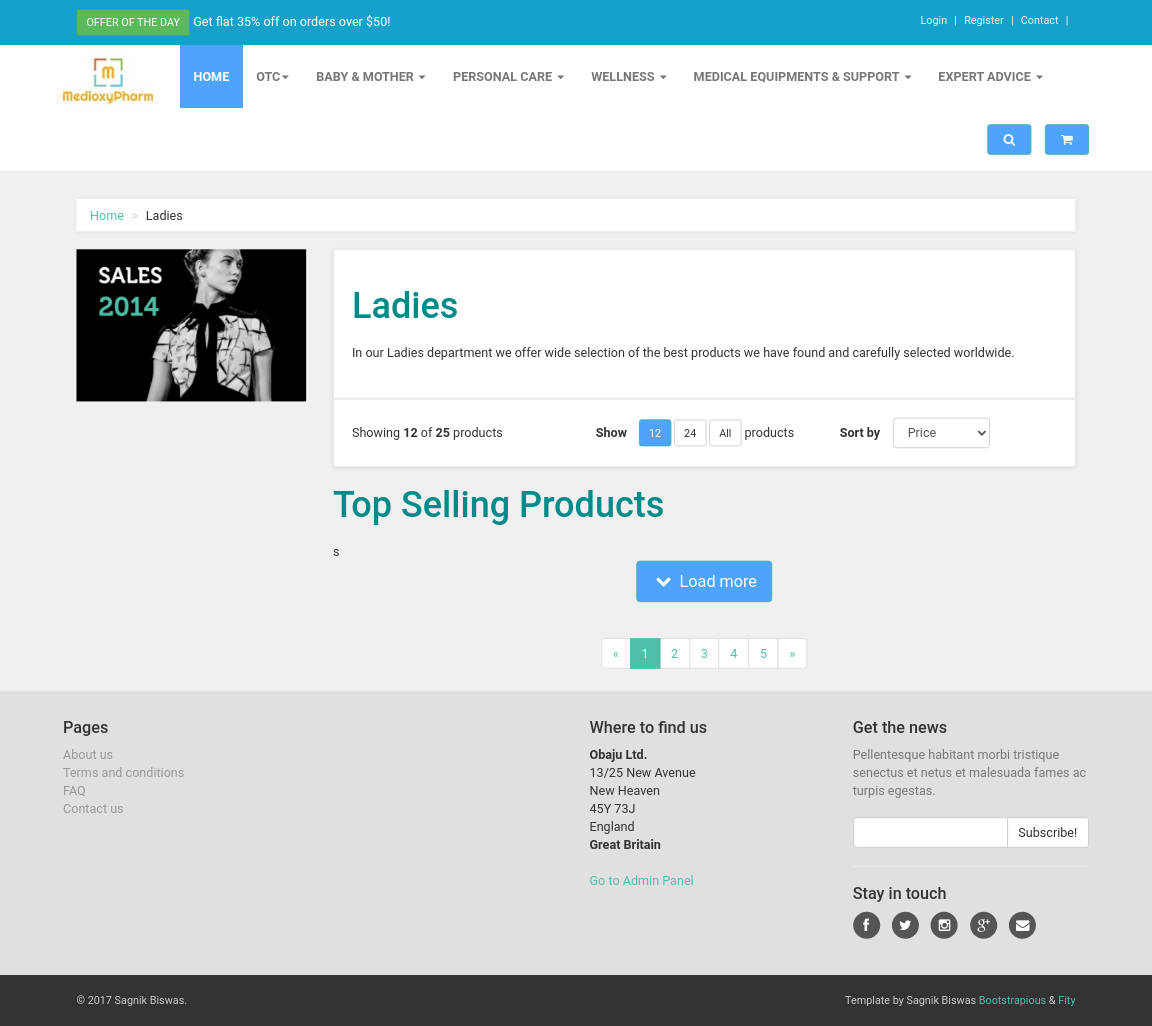
Repository: Sagnikb9/Java-Devops-Ecommerce
Page: http://localhost/MedioxyPharm/WEB-INF/views/product.jsp
An editor plug-in stored every save of this project. The page is shown before and after the next save, followed by the edit.
The browser window is 1280 px wide. The pictures show the whole page, at 90% of full size.
Some web fonts or font styles are not loaded; a fallback is used. The page is served by Tomcat 9. Nobody is signed in. Other server files are loaded and not shown. The template is opened directly, without the code that normally fills it, so the values that code supplies are empty.

Above is the page before, as saved 2017-11-17 23:22:19.

### MedioxyPharm/src/main/webapp/WEB-INF/views/product.jsp
<%@ taglib prefix = "c" uri = "http://java.sun.com/jsp/jstl/core" %>
<jsp:include page="headerContext.jsp"></jsp:include>
<%@ page import="com.*" %>
    <div id="all">

        <div id="content">
            <div class="container">

                <div class="col-md-12">
                    <ul class="breadcrumb">
                        <li><a href="#">Home</a>
                        </li>
                        <li>Ladies</li>
                    </ul>
                </div>

                <div class="col-md-3">

<style>
 .img-responsive1{
    display: block;
    width: 100% \9;
    max-width: 100%;
    height: 200px;
}



</style>


                    <div class="banner">
                        <a href="#">
                            <img src="img/banner.jpg" alt="sales 2014" class="img-responsive">
                        </a>
                    </div>
                </div>

                <div class="col-md-9">
                    <div class="box">
                        <h1>Ladies</h1>
                        <p>In our Ladies department we offer wide selection of the best products we have found and carefully selected worldwide.</p>
                    </div>

                    <div class="box info-bar">
                        <div class="row">
                            <div class="col-sm-12 col-md-4 products-showing">
                                Showing <strong>12</strong> of <strong>25</strong> products
                            </div>

                            <div class="col-sm-12 col-md-8  products-number-sort">
                                <div class="row">
                                    <form class="form-inline">
                                        <div class="col-md-6 col-sm-6">
                                            <div class="products-number">
                                                <strong>Show</strong>  <a href="#" class="btn btn-default btn-sm btn-primary">12</a>  <a href="#" class="btn btn-default btn-sm">24</a>  <a href="#" class="btn btn-default btn-sm">All</a> products
                                            </div>
                                        </div>
                                        <div class="col-md-6 col-sm-6">
                                            <div class="products-sort-by">
                                                <strong>Sort by</strong>
                                                <select name="sort-by" class="form-control">
                                                    <option>Price</option>
                                                    <option>Name</option>
                                                    <option>Sales first</option>
                                                </select>
                                            </div>
                                        </div>
                                    </form>
                                </div>
                            </div>
                        </div>
                    </div>

                    <div class="row products">
<c:forEach items="${productList}" var="product">
                        <div class="col-md-4 col-sm-6">
                            <div class="product">
                                <div class="flip-container">
                                    <div class="flipper">
                                        <div class="">
                                            <a href="<c:url value="details/${product.proId}"/>">
                                                <img src="assets/img/${product.proId}.jpg" alt="" class="img-responsive1">
                                            </a>
                                        </div>

                                    </div>
                                </div>

                                <div class="text">
                                                <h3><a href="<c:url value="details/${product.proId}"/>"><span style="color:#30d4ff">${product.proName}</span></a></h3>
                                                <p class="price"><span style="color:#ff3048">${product.proPrice}</span></p>
                                            </div>
                                <!-- /.text -->
                            </div>
                            <!-- /.product -->
                        </div>

</c:forEach>
                        <!-- /.col-md-4 -->
                    </div>
                    <!-- /.products -->


<h1>Top Selling Products</h1>

<div class="product-slider">
                    <c:forEach items="${productList}" var="product">
                        <div class="item">
                            <div class="product">
                                <div class="flip-container">
                                    <div class="flipper">
                                        <div class="">
                                            <a href="<c:url value="details/${product.proId}"/>">
                                                <img src="assets/img/${product.proId}.jpg" alt="" class="img-responsive1">
                                            </a>
                                            <div class="text">
                                                <h3><a href="<c:url value="details/${product.proId}"/>"><span style="color:#30d4ff">${product.proName}</span></a></h3>
                                                <p class="price"><span style="color:#ff3048">${product.proPrice}</span></p>
                                            </div>
                                        </div>

                                    </div>
                                </div>


                                <!-- /.text -->
                            </div>
                            <!-- /.product -->
                        </div>
                        </c:forEach>
                    </div>             s
                    <div class="pages">

                        <p class="loadMore">
                            <a href="#" class="btn btn-primary btn-lg"><i class="fa fa-chevron-down"></i> Load more</a>
                        </p>

                        <ul class="pagination">
                            <li><a href="#">&laquo;</a>
                            </li>
                            <li class="active"><a href="#">1</a>
                            </li>
                            <li><a href="#">2</a>
                            </li>
                            <li><a href="#">3</a>
                            </li>
                            <li><a href="#">4</a>
                            </li>
                            <li><a href="#">5</a>
                            </li>
                            <li><a href="#">&raquo;</a>
                            </li>
                        </ul>
                    </div>


                </div>
                <!-- /.col-md-9 -->
            </div>
            <!-- /.container -->
        </div>
        <!-- /#content -->

<jsp:include page="footerContext.jsp"></jsp:include>

### MedioxyPharm/src/main/webapp/WEB-INF/views/footerContext.jsp
        <!-- *** FOOTER ***
 _________________________________________________________ -->
        <div id="footer" data-animate="fadeInUp">
            <div class="container">
                <div class="row">
                    <div class="col-md-3 col-sm-6">
                        <h4>Pages</h4>

                        <ul>
                            <li><a href="text.html">About us</a>
                            </li>
                            <li><a href="text.html">Terms and conditions</a>
                            </li>
                            <li><a href="faq.html">FAQ</a>
                            </li>
                            <li><a href="contact">Contact us</a>
                            </li>
                        </ul>



                    </div>
                    <!-- /.col-md-3 -->

                    <div class="col-md-3 col-sm-6">



                        <hr class="hidden-md hidden-lg">

                    </div>
                    <!-- /.col-md-3 -->

                    <div class="col-md-3 col-sm-6">

                        <h4>Where to find us</h4>

                        <p><strong>Obaju Ltd.</strong>
                            <br>13/25 New Avenue
                            <br>New Heaven
                            <br>45Y 73J
                            <br>England
                            <br>
                            <strong>Great Britain</strong>
                        </p>

                        <a href="adminDashboard">Go to Admin Panel</a>

                        <hr class="hidden-md hidden-lg">

                    </div>
                    <!-- /.col-md-3 -->



                    <div class="col-md-3 col-sm-6">

                        <h4>Get the news</h4>

                        <p class="text-muted">Pellentesque habitant morbi tristique senectus et netus et malesuada fames ac turpis egestas.</p>

                        <form>
                            <div class="input-group">

                                <input type="text" class="form-control">

                                <span class="input-group-btn">

			    <button class="btn btn-default" type="button">Subscribe!</button>

			</span>

                            </div>
                            <!-- /input-group -->
                        </form>

                        <hr>

                        <h4>Stay in touch</h4>

                        <p class="social">
                            <a href="#" class="facebook external" data-animate-hover="shake"><i class="fa fa-facebook"></i></a>
                            <a href="#" class="twitter external" data-animate-hover="shake"><i class="fa fa-twitter"></i></a>
                            <a href="#" class="instagram external" data-animate-hover="shake"><i class="fa fa-instagram"></i></a>
                            <a href="#" class="gplus external" data-animate-hover="shake"><i class="fa fa-google-plus"></i></a>
                            <a href="#" class="email external" data-animate-hover="shake"><i class="fa fa-envelope"></i></a>
                        </p>


                    </div>
                    <!-- /.col-md-3 -->

                </div>
                <!-- /.row -->

            </div>
            <!-- /.container -->
        </div>
        <!-- /#footer -->

        <!-- *** FOOTER END *** -->




        <!-- *** COPYRIGHT ***
 _________________________________________________________ -->
        <div id="copyright">
            <div class="container">
                <div class="col-md-6">
                    <p class="pull-left">© 2017 Sagnik Biswas.</p>

                </div>
                <div class="col-md-6">
                    <p class="pull-right">Template by Sagnik Biswas <a href="https://bootstrapious.com/e-commerce-templates">Bootstrapious</a> & <a href="https://fity.cz">Fity</a>
                         <!-- Not removing these links is part of the license conditions of the template. Thanks for understanding :) If you want to use the template without the attribution links, you can do so after supporting further themes development at https://bootstrapious.com/donate  -->
                    </p>
                </div>
            </div>
        </div>
        <!-- *** COPYRIGHT END *** -->



    </div>
    <!-- /#all -->




    <!-- *** SCRIPTS TO INCLUDE ***
 _________________________________________________________ -->
    <script src="<%=request.getContextPath()%>/js/jquery-1.11.0.min.js"></script>
    <script src="<%=request.getContextPath()%>/js/bootstrap.min.js"></script>
    <script src="<%=request.getContextPath()%>/js/jquery.cookie.js"></script>
    <script src="<%=request.getContextPath()%>/js/waypoints.min.js"></script>
    <script src="<%=request.getContextPath()%>/js/modernizr.js"></script>
    <script src="<%=request.getContextPath()%>/js/bootstrap-hover-dropdown.js"></script>
    <script src="<%=request.getContextPath()%>/js/owl.carousel.min.js"></script>
    <script src="<%=request.getContextPath()%>/js/front.js"></script>


</body>

</html>

Loaded but not shown: MedioxyPharm/src/main/webapp/css/font-awesome.css (library); MedioxyPharm/src/main/webapp/css/bootstrap.min.css (library); MedioxyPharm/src/main/webapp/css/animate.min.css (library); MedioxyPharm/src/main/webapp/css/owl.carousel.css (common file); MedioxyPharm/src/main/webapp/css/owl.theme.css (common file); MedioxyPharm/src/main/webapp/css/custom.css (common file); MedioxyPharm/src/main/webapp/js/respond.min.js (library); MedioxyPharm/src/main/webapp/js/jquery-1.11.0.min.js (library); MedioxyPharm/src/main/webapp/js/bootstrap.min.js (library); MedioxyPharm/src/main/webapp/js/jquery.cookie.js (library); MedioxyPharm/src/main/webapp/js/waypoints.min.js (library); MedioxyPharm/src/main/webapp/js/modernizr.js (library); MedioxyPharm/src/main/webapp/js/bootstrap-hover-dropdown.js (library); MedioxyPharm/src/main/webapp/js/owl.carousel.min.js (library); MedioxyPharm/src/main/webapp/js/front.js (237 lines, source omitted); MedioxyPharm/src/main/webapp/css/style.default.css (1689 lines, source omitted); MedioxyPharm/src/main/webapp/WEB-INF/views/headerContext.jsp (394 lines, source omitted)

After the next save:
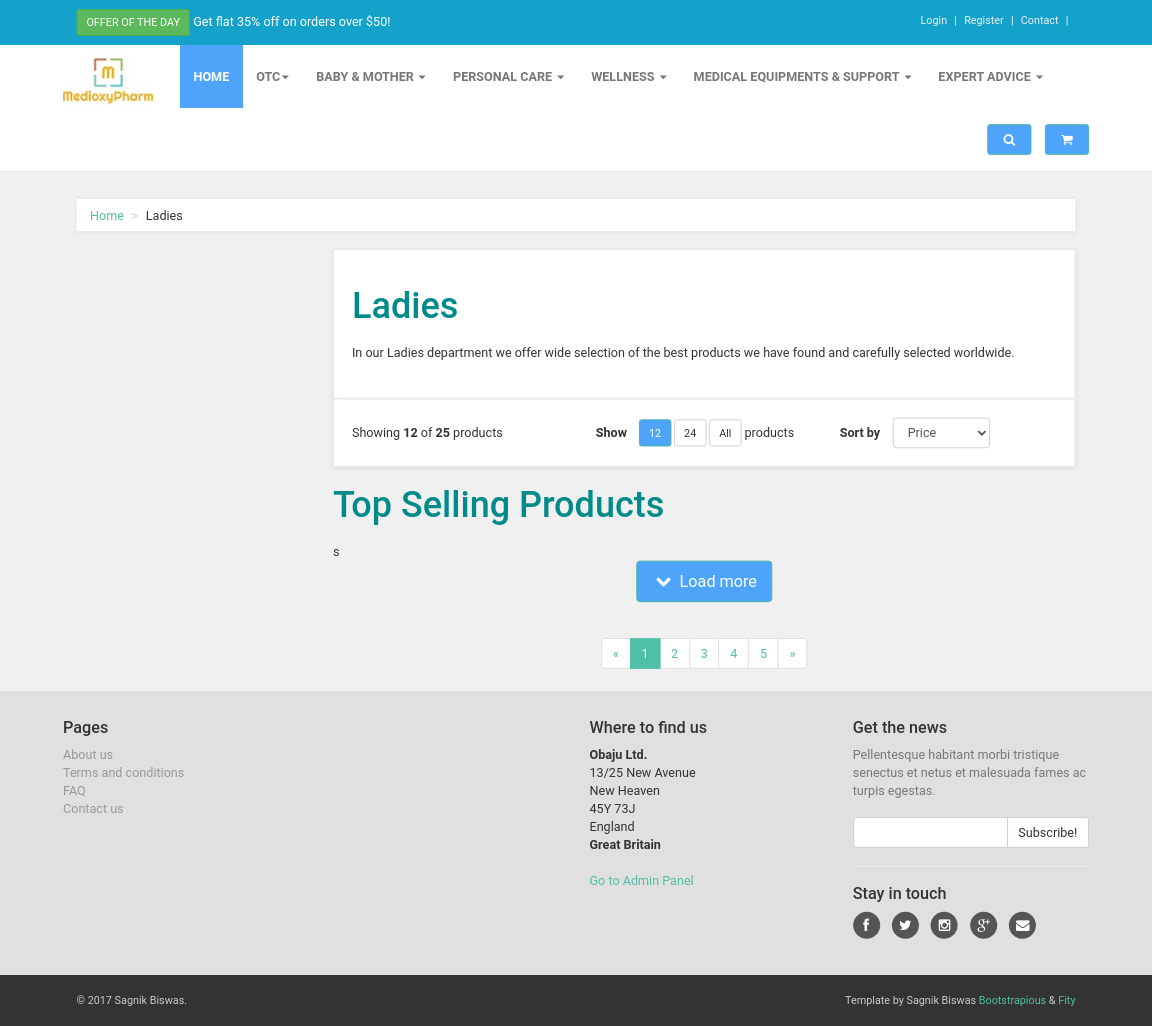
Saved 51 s later.
--- a/MedioxyPharm/src/main/webapp/WEB-INF/views/product.jsp
+++ b/MedioxyPharm/src/main/webapp/WEB-INF/views/product.jsp
@@ -29,11 +29,7 @@
 </style>
 
 
-                    <div class="banner">
-                        <a href="#">
-                            <img src="img/banner.jpg" alt="sales 2014" class="img-responsive">
-                        </a>
-                    </div>
+
                 </div>
 
                 <div class="col-md-9">
